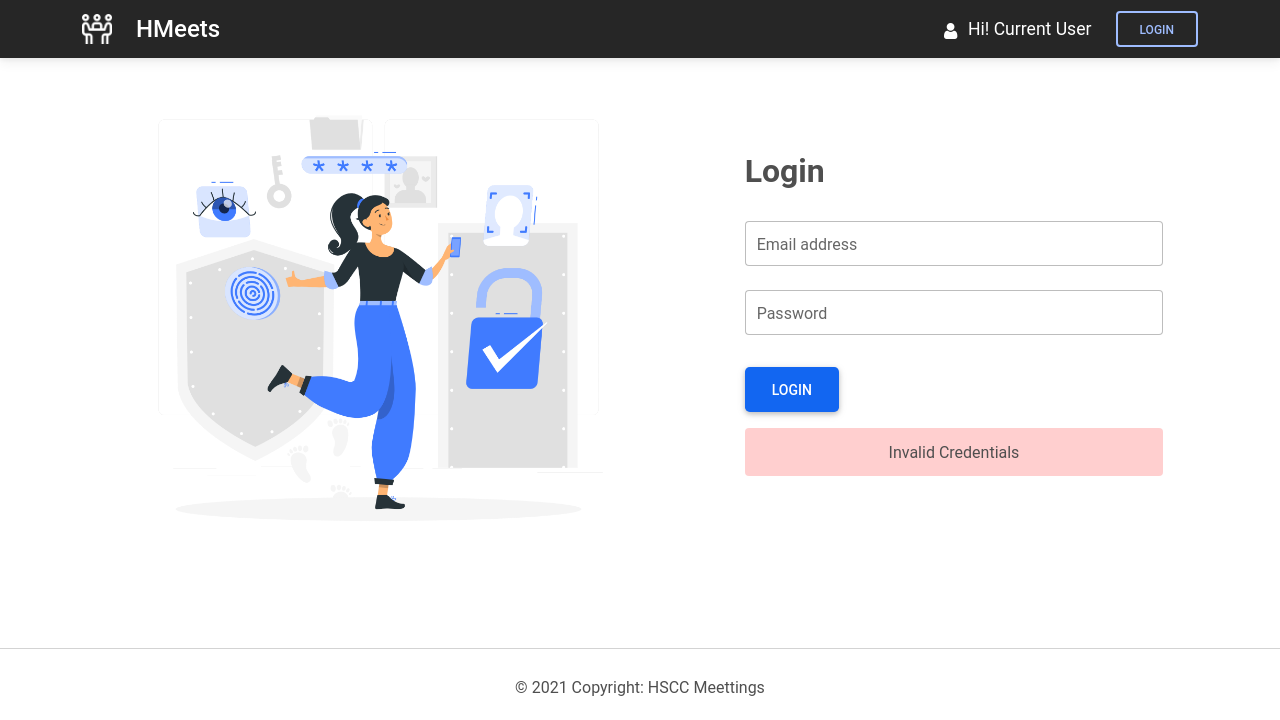
Repository: pavleen14/techyons-code-fury
Page: http://localhost/meetingroommanagement/login
An editor plug-in stored every save of this project. The page is shown before and after the next save, followed by the edit.
The browser window is 1280 px wide. The pictures show the whole page.
The page is served by Tomcat 9. Other server files are loaded and not shown.

Above is the page before, as saved 2021-09-26 16:35:47.

### application/meetingroommanagement/src/main/webapp/views/login.jsp
<%@ page language="java" contentType="text/html; charset=ISO-8859-1"
    pageEncoding="ISO-8859-1"%>
<!DOCTYPE html>
<html lang="en">

<head>
    <meta charset="UTF-8">
    <meta http-equiv="X-UA-Compatible" content="IE=edge">
    <meta name="viewport" content="width=device-width, initial-scale=1.0">
    <link rel="stylesheet" href="/meetingroommanagement/css/style.css">
    <title>Login | HMeets</title>
</head>

<body id="page-container">
    <header>
        <!-- Navbar -->
        <nav class="navbar navbar-expand-lg bg-dark" style="height: 8vh">
            <div class="container">
                <!-- Logo -->
                <img src="images/logo.png" height="30" alt="" />
                <h4 class="text-white ms-4 my-auto">HMeets</h4>
                <!-- Logo -->

                <!-- Menu button -->
                <button class="navbar-toggler" type="button" data-mdb-toggle="collapse" data-mdb-target="#navbarButtons" aria-controls="navbarButtons" aria-expanded="true" aria-label="Toggle navigation">
                    <img src="images/icon_menu.png" height="22" alt="" class="me-1" />
                </button>
                <!-- Menu button -->

                <!-- Nav Items -->
                <div class="collapse navbar-collapse" id="navbarButtons">
                    <div class="me-auto"></div>
                    <!-- <small class="text-info me-4">Link</small> -->
                    <ul class="align-nav-item">
                        <img src="images/icon_user.png" height="16" alt="" class="me-1" />
                        <small class="text-white me-4">Hi! Current User</small>
                    </ul>
                    <ul class="align-nav-item">
                        <a href="login">
                            <button type="button" class="btn btn-outline-info" data-mdb-ripple-color="dark">
                                Login
                            </button>
                        </a>
                    </ul>
                    <!-- </div> -->
                </div>
                <!-- Nav Items -->
            </div>
        </nav>
        <!-- Navbar -->
    </header>
    <main id="content-wrap">
        <section>
            <div class="container-fluid h-custom">
                <div class="row d-flex justify-content-center align-items-center h-100">
                    <div class=" col-6 col-sm-4 col-md-4 col-lg-6 col-xl-5">
                        <img src="images/bg_login.png" class="img-fluid" alt="Login">
                    </div>
                    <div class="col-9 col-sm-9 col-md-9 col-lg-6 col-xl-4 offset-xl-1">
                        <form action="login" method="POST">
                            <div class="d-flex flex-row align-items-center justify-content-center justify-content-lg-start">
                                <p class="lead mb-0 me-3">Login</p>
                            </div>

                            <!-- Email input -->
                            <div class="form-outline mt-4 mb-4">
                                <input type="email" name="email" id="emailField" class="form-control form-control-lg" placeholder="Enter email address" required />
                                <label class="form-label" for="emailField">Email address</label>
                                <!-- add value="${email}" to input tag -->
                            </div>

                            <!-- Password input -->
                            <div class="form-outline mb-3">
                                <input type="password" name="password" id="passwordField" class="form-control form-control-lg" placeholder="Enter password" required />
                                <label class="form-label" for="passwordField">Password</label>
                            </div>

                            <div class="text-center text-lg-start mt-4 pt-2">
                                <input class="btn btn-primary btn-lg" type="submit" value="Login" />
                            </div>

                            <!--Message-->
                            <div class="d-flex align-items-center justify-content-center my-3 error-info">
                                Invalid Credentials
                            </div>
                        </form>
                    </div>
                </div>
            </div>

        </section>
    </main>

    <!--Footer-->
    <footer id="footer">
        <div>
            <hr class="my-2">
        </div>
        <div class="footer-copyright d-flex align-items-center justify-content-center">
            © 2021 Copyright: HSCC Meettings
        </div>
    </footer>
    <!--/.Footer-->

    <!--scripts-->
    <script src="scripts.js"></script>
    <!--scripts-->
</body>

</html>

### application/meetingroommanagement/src/main/java/com/hsbc/meets/controller/LoginController.java
package com.hsbc.meets.controller;

import java.io.IOException;
import java.sql.SQLException;
import java.util.logging.Level;
import java.util.logging.Logger;

import javax.servlet.RequestDispatcher;
import javax.servlet.ServletException;
import javax.servlet.annotation.WebServlet;
import javax.servlet.http.HttpServlet;
import javax.servlet.http.HttpServletRequest;
import javax.servlet.http.HttpServletResponse;
import javax.servlet.http.HttpSession;

import org.apache.catalina.Session;

import com.hsbc.meets.entity.User;
import com.hsbc.meets.exception.InvalidCredentialsException;
import com.hsbc.meets.factory.LoggerFactory;
import com.hsbc.meets.factory.LoginFactory;
import com.hsbc.meets.service.LoginService;
import com.hsbc.meets.util.Connectivity;

/**
 * Handling authentication and authorization of user
 *
 * @author Muskan
 *
 */
@WebServlet("/login")
public class LoginController extends HttpServlet {
	static Logger logger = LoggerFactory.getLogger();

	/**
	 * Forward the request control to login page.
	 */
	@Override
	protected void doGet(HttpServletRequest req, HttpServletResponse resp) throws ServletException, IOException {
		String operation = req.getParameter("op");
		if(operation == "logout") {
			req.getSession().invalidate();
		}
		RequestDispatcher dispatcher = req.getRequestDispatcher("views/login.jsp");
		dispatcher.forward(req, resp);
	}

	/**
	 * Authenticates user and forwards it to the
	 * page based on their Role in their organization.
	 */
	@Override
	public void doPost(HttpServletRequest req, HttpServletResponse resp) {

		String email = req.getParameter("email");
		String password = req.getParameter("password");

		LoginService service = LoginFactory.getLoginService();
		HttpSession session = req.getSession();
		User user = null;

		try {
			user = service.authentication(email, password);

			session.setAttribute("user", user);

			String destPage = user.getRole().toString().toLowerCase();
			try {
				resp.sendRedirect(destPage);
			} catch (IOException e) {
				logger.log(Level.SEVERE, e.getMessage(), e);
			}
		} catch (InvalidCredentialsException e) {
			logger.log(Level.SEVERE, e.getMessage(), e);

			try {
				session.setAttribute("email", email);
				session.setAttribute("message", "Invalid credentials");

				RequestDispatcher dispatcher =  req.getRequestDispatcher("views/login.jsp");
				try {
					dispatcher.forward(req, resp);
				} catch (ServletException e1) {
					logger.log(Level.SEVERE, e1.getMessage(), e1);
				}
			} catch (IOException e1) {
				logger.log(Level.SEVERE, e1.getMessage(), e1);
			}
		} catch (SQLException | ClassNotFoundException e) {
			logger.log(Level.SEVERE, e.getMessage(), e);

			try {
				session.setAttribute("email", email);
				session.setAttribute("message", "Something went wrong.\nTry again later.");

				RequestDispatcher dispatcher =  req.getRequestDispatcher("views/login.jsp");
				try {
					dispatcher.forward(req, resp);
				} catch (ServletException e1) {
					logger.log(Level.SEVERE, e.getMessage(), e1);
				}
			} catch (IOException e1) {
				logger.log(Level.SEVERE, e.getMessage(), e1);
			}
		}
	}

	/**
	 * Closes the connection.
	 */
	@Override
	public void destroy() {
		Connectivity.closeConnection();
		super.destroy();
	}

}

### application/meetingroommanagement/src/main/java/com/hsbc/meets/factory/LoggerFactory.java
package com.hsbc.meets.factory;

import java.io.IOException;
import java.util.logging.ConsoleHandler;
import java.util.logging.FileHandler;
import java.util.logging.Handler;
import java.util.logging.Level;
import java.util.logging.Logger;
import java.util.logging.SimpleFormatter;

/**
 * Factory class that returns a logger
 * setup purely for our application
 *
 * @author alan
 *
 */
public class LoggerFactory {

	/**
	 * Returns the application configured logger.
	 * Uses console if file handler fails
	 *
	 * @return logger
	 */
	public static Logger getLogger() {
		Logger logger = Logger.getLogger("meetings");
		logger.setLevel(Level.INFO);
		Handler handler = null;
		try {
			handler = new FileHandler("meetsapplication.log");
		} catch (SecurityException e) {
			e.printStackTrace();
		} catch (IOException e) {
			e.printStackTrace();
		} finally {
			if(handler == null) {
				handler = new ConsoleHandler();
				logger.warning("Log file couldnt be created, logging to console");
			}
			handler.setFormatter(new SimpleFormatter());
		}
		logger.addHandler(handler);
		return logger;
	}

}

Loaded but not shown: application/meetingroommanagement/src/main/webapp/css/style.css (library); application/meetingroommanagement/src/main/webapp/scripts/scripts.js (library)

After the next save:
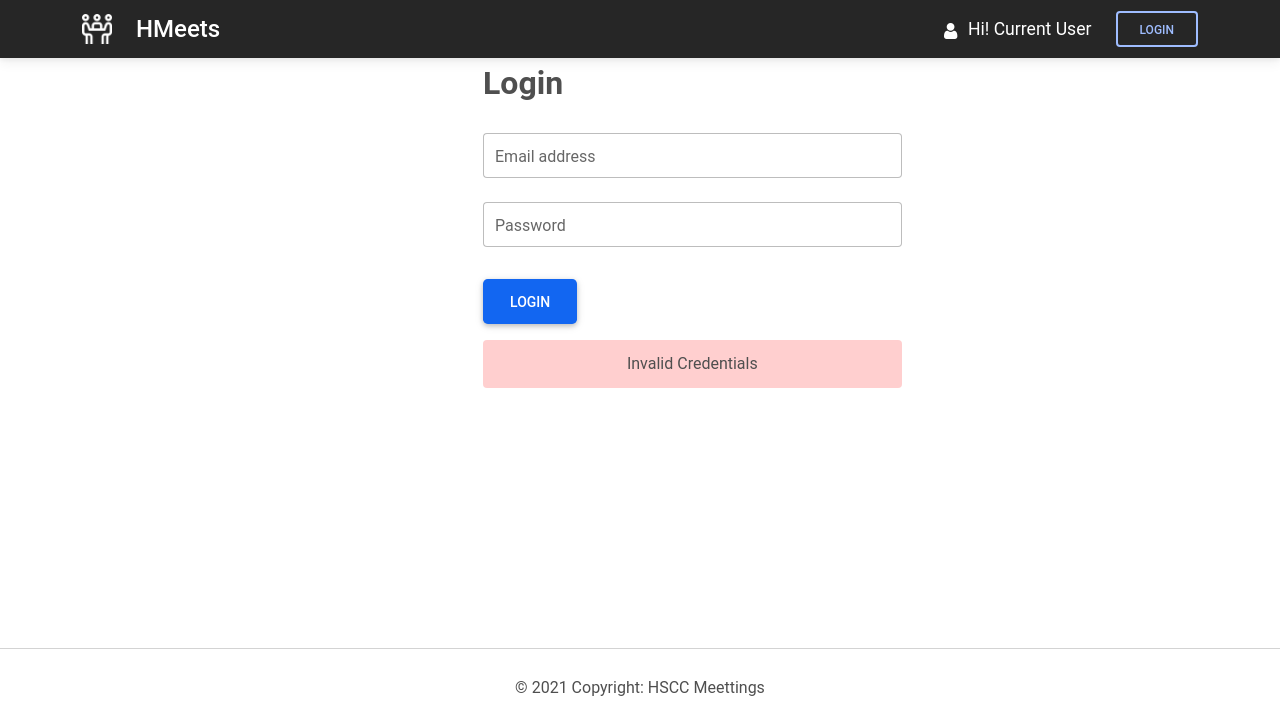
Saved 63 s later.
--- a/application/meetingroommanagement/src/main/webapp/views/login.jsp
+++ b/application/meetingroommanagement/src/main/webapp/views/login.jsp
@@ -53,9 +53,7 @@
         <section>
             <div class="container-fluid h-custom">
                 <div class="row d-flex justify-content-center align-items-center h-100">
-                    <div class=" col-6 col-sm-4 col-md-4 col-lg-6 col-xl-5">
-                        <img src="images/bg_login.png" class="img-fluid" alt="Login">
-                    </div>
+
                     <div class="col-9 col-sm-9 col-md-9 col-lg-6 col-xl-4 offset-xl-1">
                         <form action="login" method="POST">
                             <div class="d-flex flex-row align-items-center justify-content-center justify-content-lg-start">
